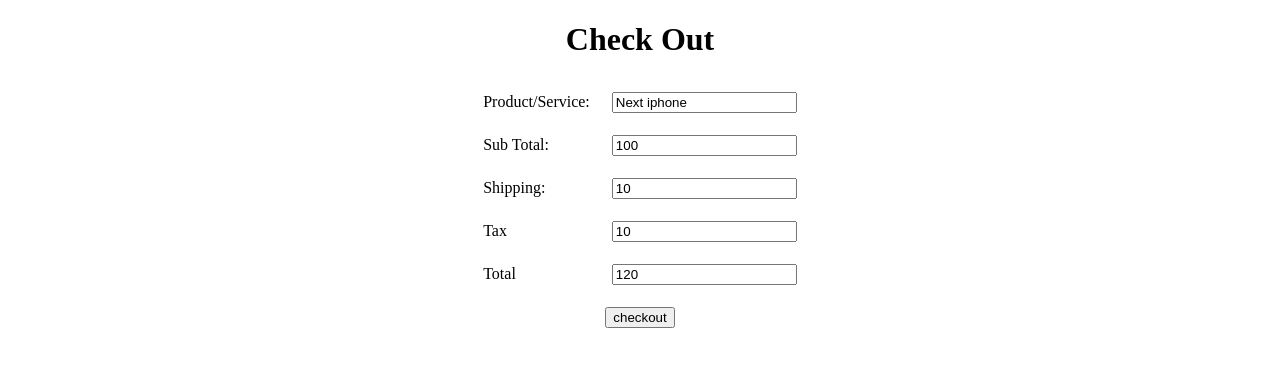
Repository: ThimeshaMindaka/PAFF
Page: PayPalTest/src/main/webapp/checkout.html
An editor plug-in stored every save of this project. The page is shown before and after the next save, followed by the edit.
The browser window is 1280 px wide. The pictures show the whole page.

Above is the page before, as saved 2022-05-15 09:28:01.

### PayPalTest/src/main/webapp/checkout.html
<!DOCTYPE html>
<html>
<head>
<meta charset="ISO-8859-1">
<title>Check Out</title>
	<style type="text/css">
		table {border : 0;}
		table td { padding: 10px; }
	</style>
</head>
<body>
<div align="center">
		<h1>Check Out</h1>
		<form action="authorize_payment" method="post">
		<table>
		<tr>
			<td>Product/Service:</td>
			<td><input type="text" name="product" value="Next iphone" > </td>
		</tr>
		<tr>
			<td>Sub Total:</td>
			<td><input type="text" name="subtotal" value="100" > </td>
		</tr>
		<tr>
			<td>Shipping:</td>
			<td><input type="text" name="shipping" value="10" > </td>
		</tr>
		<tr>
			<td>Tax</td>
			<td><input type="text" name="tax" value="10" > </td>
		</tr>
		<tr>
			<td>Total</td>
			<td><input type="text" name="total" value="120" > </td>
		</tr>
		<tr>
			<td colspan="2" align="center" >
			<input type="submit" value="checkout" >
			</td>
		</tr>
		</table>
		</form>
</div>
</body>
</html>

After the next save:
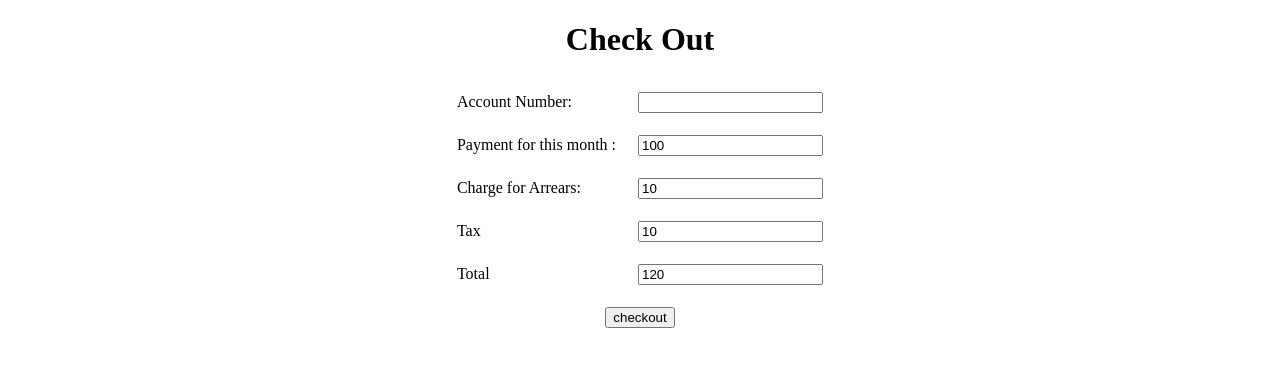
Saved 5 h 26 min later.
--- a/PayPalTest/src/main/webapp/checkout.html
+++ b/PayPalTest/src/main/webapp/checkout.html
@@ -14,15 +14,15 @@
 		<form action="authorize_payment" method="post">
 		<table>
 		<tr>
-			<td>Product/Service:</td>
-			<td><input type="text" name="product" value="Next iphone" > </td>
+			<td>Account Number:</td>
+			<td><input type="text" name="product"  > </td>
 		</tr>
 		<tr>
-			<td>Sub Total:</td>
+			<td>Payment for this month :</td>
 			<td><input type="text" name="subtotal" value="100" > </td>
 		</tr>
 		<tr>
-			<td>Shipping:</td>
+			<td>Charge for Arrears:</td>
 			<td><input type="text" name="shipping" value="10" > </td>
 		</tr>
 		<tr>
